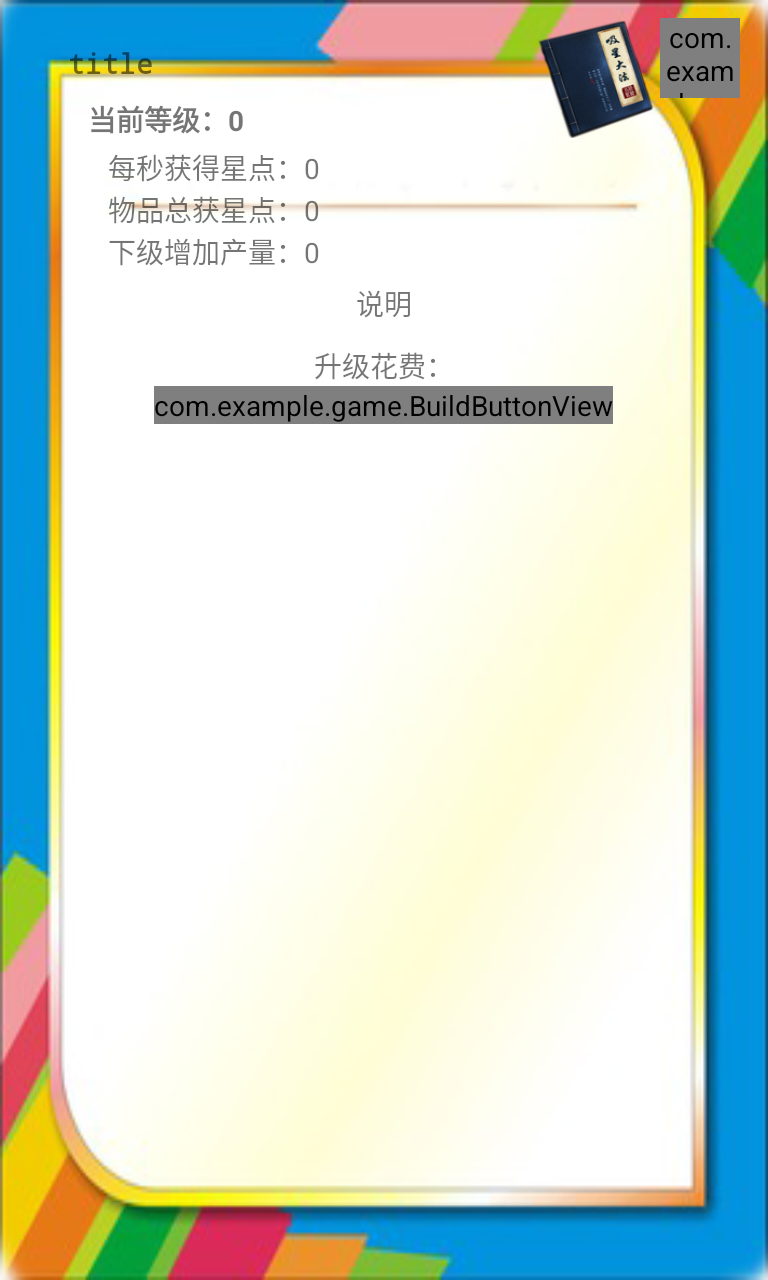
Repository: xianyun2014/StarPoint
Layout: game/res/layout/build_info_view.xml
The author's editor kept a copy of each file at every save. The layout is drawn from the files as they stood at one save, then again after the next save.
Pictures or frames that could not be fetched are drawn as grey boxes. It is drawn on a 768 x 1280 px phone screen (xhdpi) without system bars, with theme AppTheme; the app's code is not run.

Above is the layout before, as saved 2014-11-17 18:11:04.

### game/res/layout/build_info_view.xml
<RelativeLayout xmlns:android="http://schemas.android.com/apk/res/android"
    xmlns:android1="http://schemas.android.com/apk/res/android"
    android1:id="@+id/build_info"
    android1:layout_width="wrap_content"
    android1:layout_height="wrap_content"
    android1:layout_alignParentBottom="true"
    android1:layout_alignParentLeft="true"
    android1:layout_alignParentRight="true"
    android1:layout_alignParentTop="true"
    android1:layout_marginBottom="150dp"
    android1:layout_marginLeft="10dp"
    android1:layout_marginRight="10dp"
    android1:layout_marginTop="60dp"
    android1:gravity="right" >

    <ImageView
        android1:id="@+id/imageView1"
        android1:layout_width="fill_parent"
        android1:layout_height="fill_parent"
        android1:layout_alignParentBottom="true"
        android1:layout_alignParentLeft="true"
        android1:layout_alignParentTop="true"
        android1:scaleType="fitXY"
        android1:src="@drawable/info_build" />

    <TextView
        android1:id="@+id/build_title"
        android1:layout_width="wrap_content"
        android1:layout_height="wrap_content"
        android1:layout_alignParentLeft="true"
        android1:layout_alignParentTop="true"
        android1:layout_below="@layout/build_info_view"
        android1:layout_marginLeft="34dp"
        android1:layout_marginTop="22dp"
        android1:text="title"
        android1:textStyle="bold"
        android1:typeface="monospace" />

    <TableLayout
        android1:id="@+id/TableLayout1"
        android1:layout_width="wrap_content"
        android1:layout_height="wrap_content"
        android1:layout_alignLeft="@+id/build_title"
        android1:layout_below="@+id/textcurlevel"
        android1:layout_marginLeft="20dp"
        android1:layout_marginTop="3dp" >

        <TableRow
            android1:id="@+id/tableRow1"
            android1:layout_width="wrap_content"
            android1:layout_height="wrap_content" >

            <TextView
                android1:id="@+id/textView1"
                android1:layout_width="wrap_content"
                android1:layout_height="wrap_content"
                android1:text="每秒获得星点：" />

            <TextView
                android1:id="@+id/txt_yield_sec"
                android1:layout_width="wrap_content"
                android1:layout_height="wrap_content"
                android1:text="0" />

        </TableRow>

        <TableRow
            android1:id="@+id/tableRow2"
            android1:layout_width="wrap_content"
            android1:layout_height="wrap_content" >

            <TextView
                android1:id="@+id/textView3"
                android1:layout_width="wrap_content"
                android1:layout_height="wrap_content"
                android1:text="物品总获星点：" />

            <TextView
                android1:id="@+id/txt_yield_total"
                android1:layout_width="wrap_content"
                android1:layout_height="wrap_content"
                android1:text="0" />

        </TableRow>

        <TableRow
            android1:id="@+id/tableRow3"
            android1:layout_width="wrap_content"
            android1:layout_height="wrap_content" >

            <TextView
                android1:id="@+id/textView5"
                android1:layout_width="wrap_content"
                android1:layout_height="wrap_content"
                android1:text="下级增加产量：" />

            <TextView
                android1:id="@+id/txt_next_add"
                android1:layout_width="wrap_content"
                android1:layout_height="wrap_content"
                android1:text="0" />
        </TableRow>
    </TableLayout>

    <TextView
        android1:id="@+id/textcurlevel"
        android1:layout_width="wrap_content"
        android1:layout_height="wrap_content"
        android1:layout_alignLeft="@id/build_title"
        android1:layout_below="@+id/build_title"
        android1:layout_marginLeft="10dp"
        android1:layout_marginTop="8dp"
        android1:text="当前等级："
        android1:textStyle="bold" />

    <TextView
        android1:id="@+id/txt_Level"
        android1:layout_width="wrap_content"
        android1:layout_height="wrap_content"
        android1:layout_alignBaseline="@+id/textcurlevel"
        android1:layout_alignBottom="@+id/textcurlevel"
        android1:layout_toRightOf="@+id/textcurlevel"
        android1:text="0"
        android1:textStyle="bold" />

    <TextView
        android1:id="@+id/txt_info"
        android1:layout_width="wrap_content"
        android1:layout_height="wrap_content"
        android1:layout_below="@+id/TableLayout1"
        android1:layout_centerHorizontal="true"
        android1:layout_marginTop="5dp"
        android1:text="说明" />

    <ImageView
        android1:id="@+id/imageView2"
        android1:layout_width="60dp"
        android1:layout_height="60dp"
        android1:layout_alignRight="@+id/imageView1"
        android1:layout_alignTop="@+id/imageView1"
        android1:layout_marginRight="56dp"
        android1:layout_marginTop="9dp"
        android1:scaleType="fitXY"
        android1:src="@drawable/jz_xzdf" />

    <TextView
        android1:id="@+id/txt_cost"
        android1:layout_width="wrap_content"
        android1:layout_height="wrap_content"
        android1:layout_below="@+id/txt_info"
        android1:layout_centerHorizontal="true"
        android1:layout_marginTop="10dp"
        android1:text="升级花费：" />

    <com.example.game.BuildButtonView
        android1:id="@+id/close"
        android1:layout_width="40dp"
        android1:layout_height="40dp"
        android1:layout_alignRight="@+id/imageView1"
        android1:layout_alignTop="@+id/imageView1"
        android1:layout_marginRight="14dp"
        android1:layout_marginTop="9dp"
        android1:scaleType="fitXY"
        android1:src="@drawable/close" />

    <com.example.game.BuildButtonView
        android1:id="@+id/updata"
        android1:layout_width="wrap_content"
        android1:layout_height="wrap_content"
        android1:layout_below="@+id/txt_cost"
        android1:layout_centerHorizontal="true"
        android1:scaleType="fitXY"
        android1:src="@drawable/updata" />

</RelativeLayout>

Loaded but not shown: game/res/values/styles.xml (common file); game/res/values-v11/styles.xml (common file); game/res/values-v14/styles.xml (common file)

After the next save:
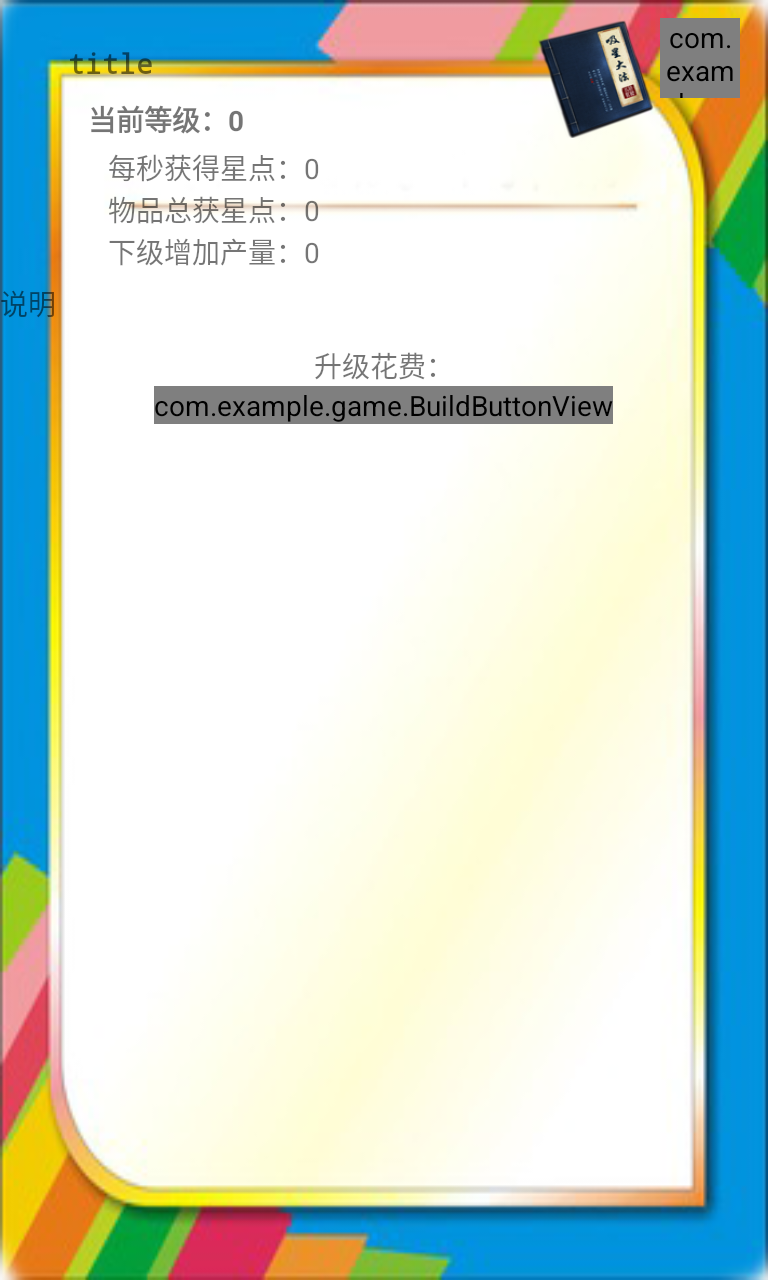
Saved 3 min 22 s later.
--- a/game/res/layout/build_info_view.xml
+++ b/game/res/layout/build_info_view.xml
@@ -125,7 +125,7 @@
 
     <TextView
         android1:id="@+id/txt_info"
-        android1:layout_width="wrap_content"
+        android1:layout_width="400dp"
         android1:layout_height="wrap_content"
         android1:layout_below="@+id/TableLayout1"
         android1:layout_centerHorizontal="true"
